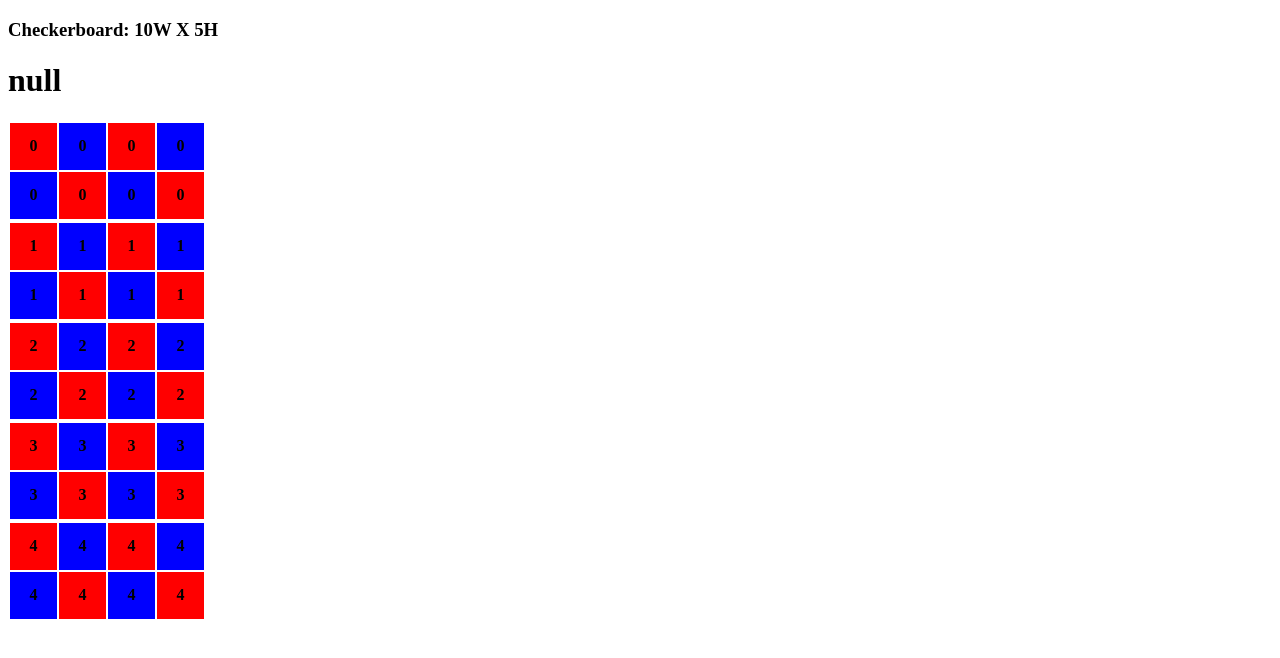
Repository: ben-mandakh/Java-Projects
Page: http://localhost/CheckerBoard/CheckerBoard.jsp
An editor plug-in stored every save of this project. The page is shown before and after the next save, followed by the edit.
The browser window is 1280 px wide. The pictures show the whole page.
The page is served by Tomcat 9.

Above is the page before, as saved 2019-08-09 02:41:35.

After the next save:
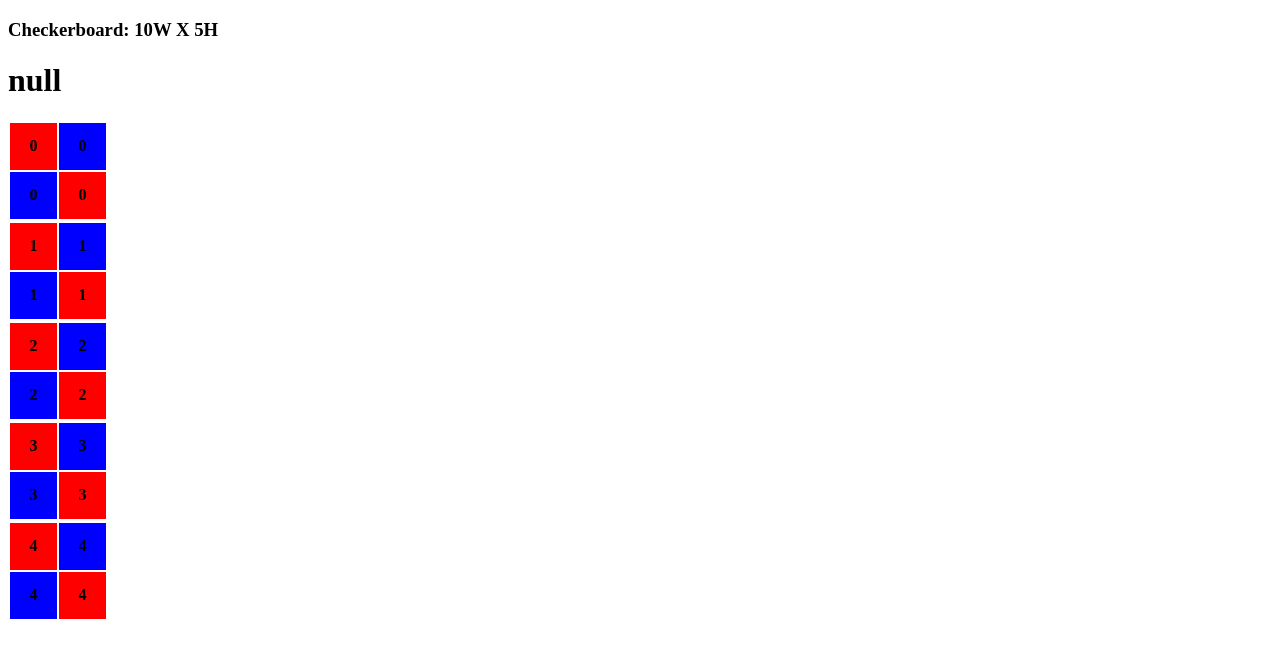
Saved 34 s later.
--- a/CheckerBoard/WebContent/CheckerBoard.jsp
+++ b/CheckerBoard/WebContent/CheckerBoard.jsp
@@ -21,15 +21,13 @@
 		<tr>
 			<th style="width:45px; height:45px; background-color: red"> <%= i %></th>
 			<th style="width:45px; height:45px; background-color: blue"> <%= i %></th>
-			<th style="width:45px; height:45px; background-color: red"> <%= i %></th>
-			<th style="width:45px; height:45px; background-color: blue"> <%= i %></th>
+
 		</tr>
 		<tr>
 
 			<th style="width:45px; height:45px; background-color: blue"> <%= i %></th>
 			<th style="width:45px; height:45px; background-color: red"> <%= i %></th>
-			<th style="width:45px; height:45px; background-color: blue"> <%= i %></th>
-			<th style="width:45px; height:45px; background-color: red"> <%= i %></th>
+
 		</tr>
 	</table>
 
